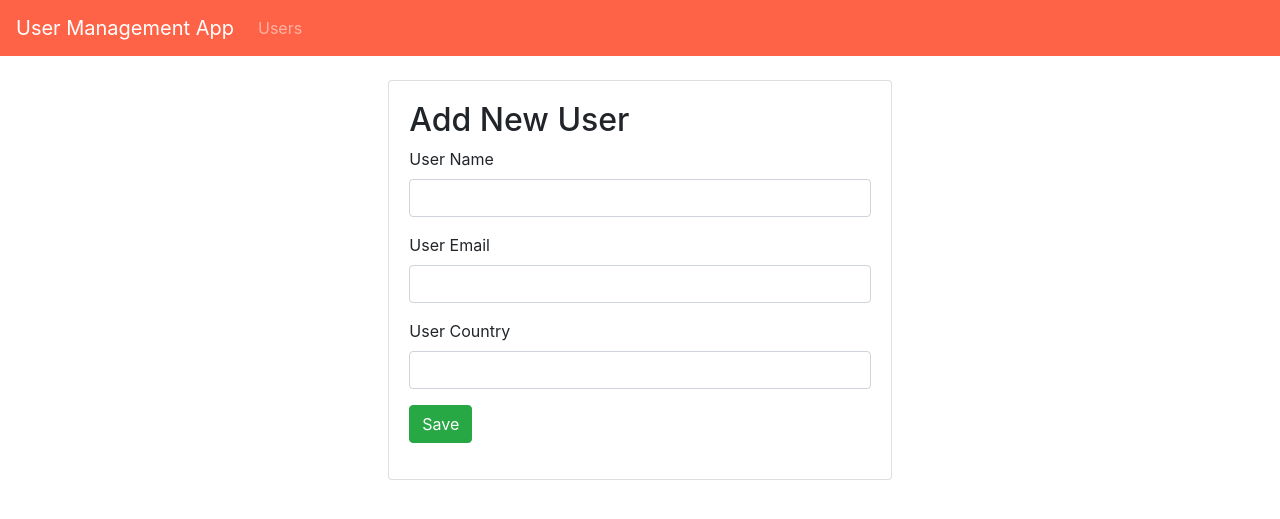
Repository: youssefeddib/ManagSport
Page: http://localhost/Application_du_gestion/
An editor plug-in stored every save of this project. The page is shown before and after the next save, followed by the edit.
The browser window is 1280 px wide. The pictures show the whole page.
The page is served by Tomcat 9. Queries for data that is not in the repository find no rows.

Above is the page before, as saved 2025-02-12 16:06:21.

After the next save:
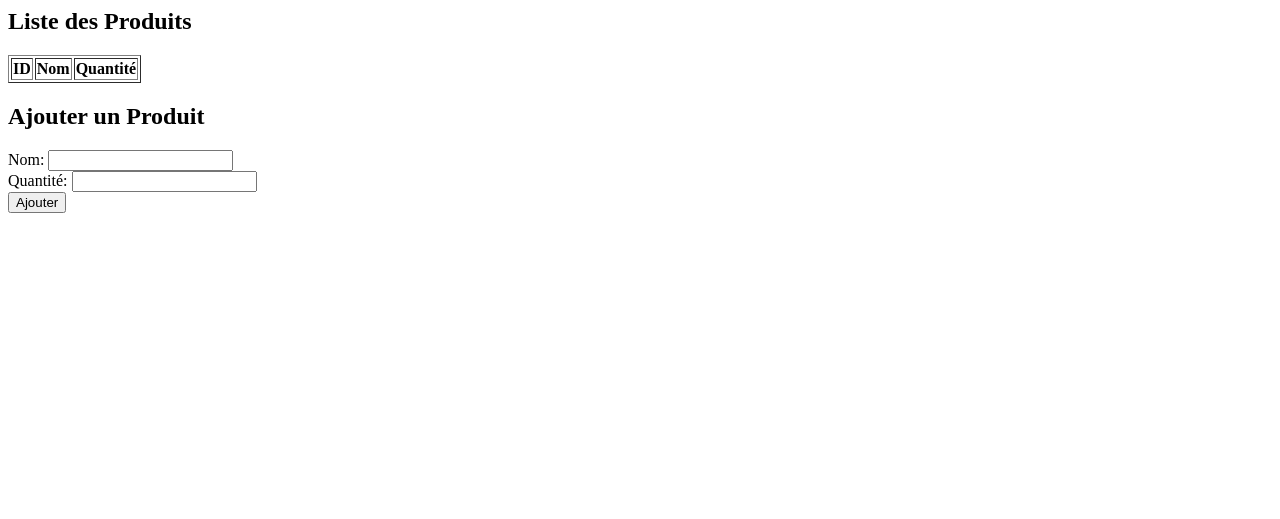
Saved 12 min 20 s later.
--- a/Application du gestion/src/main/webapp/index.jsp
+++ b/Application du gestion/src/main/webapp/index.jsp
@@ -1,69 +1,35 @@
-<%@ page language="java" contentType="text/html; charset=UTF-8"
- pageEncoding="UTF-8"%>
-    <%@ taglib uri="http://java.sun.com/jsp/jstl/core" prefix="c"%>
-        <html>
 
-        <head>
-            <title>User Management Application</title>
-            <link rel="stylesheet" href="https://stackpath.bootstrapcdn.com/bootstrap/4.3.1/css/bootstrap.min.css" integrity="sha384-ggOyR0iXCbMQv3Xipma34MD+dH/1fQ784/j6cY/iJTQUOhcWr7x9JvoRxT2MZw1T" crossorigin="anonymous">
-        </head>
+<%@ page import="java.sql.*" %>
+<html>
+<head><title>Gestion de Stock</title></head>
+<body>
+    <h2>Liste des Produits</h2>
+    <table border="1">
+        <tr>
+            <th>ID</th>
+            <th>Nom</th>
+            <th>Quantité</th>
+        </tr>
+        <%
+            Class.forName("com.mysql.cj.jdbc.Driver");
+            Connection conn = DriverManager.getConnection("jdbc:mysql://localhost:3306/stock_db", "root", "");
+            Statement stmt = conn.createStatement();
+            ResultSet rs = stmt.executeQuery("SELECT * FROM products");
+            while(rs.next()) {
+        %>
+        <tr>
+            <td><%= rs.getInt("id") %></td>
+            <td><%= rs.getString("name") %></td>
+            <td><%= rs.getInt("quantity") %></td>
+        </tr>
+        <% } conn.close(); %>
+    </table>
 
-        <body>
-
-            <header>
-                <nav class="navbar navbar-expand-md navbar-dark" style="background-color: tomato">
-                    <div>
-                        <a href="https://www.javaguides.net" class="navbar-brand"> User Management App </a>
-                    </div>
-
-                    <ul class="navbar-nav">
-                        <li><a href="<%=request.getContextPath()%>/list" class="nav-link">Users</a></li>
-                    </ul>
-                </nav>
-            </header>
-            <br>
-            <div class="container col-md-5">
-                <div class="card">
-                    <div class="card-body">
-                        <c:if test="${user != null}">
-                            <form action="update" method="post">
-                        </c:if>
-                        <c:if test="${user == null}">
-                            <form action="insert" method="post">
-                        </c:if>
-
-                        <caption>
-                            <h2>
-                                <c:if test="${user != null}">
-                                    Edit User
-                                </c:if>
-                                <c:if test="${user == null}">
-                                    Add New User
-                                </c:if>
-                            </h2>
-                        </caption>
-
-                        <c:if test="${user != null}">
-                            <input type="hidden" name="id" value="<c:out value='${user.id}' />" />
-                        </c:if>
-
-                        <fieldset class="form-group">
-                            <label>User Name</label> <input type="text" value="<c:out value='${user.name}' />" class="form-control" name="name" required="required">
-                        </fieldset>
-
-                        <fieldset class="form-group">
-                            <label>User Email</label> <input type="text" value="<c:out value='${user.email}' />" class="form-control" name="email">
-                        </fieldset>
-
-                        <fieldset class="form-group">
-                            <label>User Country</label> <input type="text" value="<c:out value='${user.country}' />" class="form-control" name="country">
-                        </fieldset>
-
-                        <button type="submit" class="btn btn-success">Save</button>
-                        </form>
-                    </div>
-                </div>
-            </div>
-        </body>
-
-        </html>
+    <h2>Ajouter un Produit</h2>
+    <form action="StockServlet" method="post">
+        Nom: <input type="text" name="name" required><br>
+        Quantité: <input type="number" name="quantity" required><br>
+        <input type="submit" value="Ajouter">
+    </form>
+</body>
+</html>
